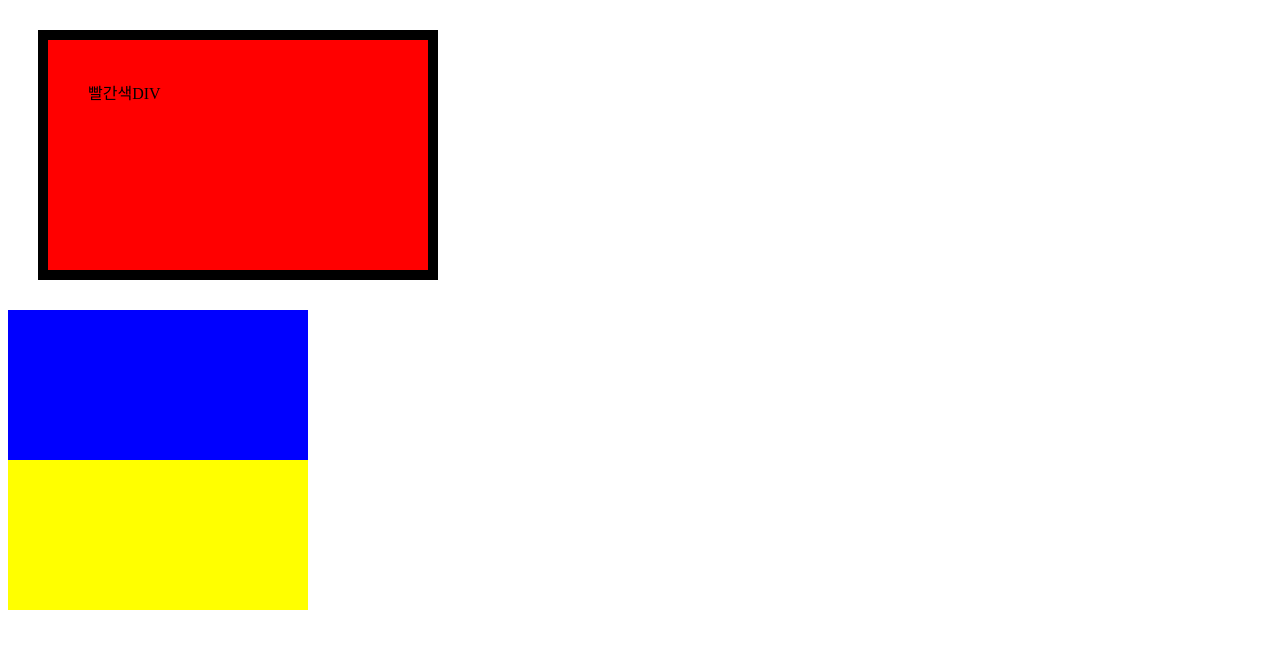
Repository: dron512/jspsogo
Page: http://localhost/ex0316/d.jsp
These files come from the project's save history. The page is drawn as it stood at one moment and after the next save; the edit follows.
The browser window is 1280 px wide. The pictures show the whole page.
The page is served by Tomcat 9. Other server files are loaded and not shown.

Above is the page before, as saved 2022-03-16 07:06:53.

### jsp_work2-1/ex0316/src/main/webapp/d.jsp
<%@ page language="java" contentType="text/html; charset=UTF-8" pageEncoding="UTF-8"%>
<!DOCTYPE html>
<html>
<head>
<meta charset="UTF-8">
<title>Insert title here</title>
<style type="text/css">
	div{ width: 300px; height: 150px; }
	#adiv{
		background-color: red;
		border: black solid 10px;
		margin: 30px;
		padding: 40px;
	 }
	#bdiv{ background-color: blue; }
	#cdiv{ background-color: yellow; }
</style>
</head>
<body>
<!-- 선택자 1.태그 선택자 2.아이디선택자 3. 클래스선택자 -->
<div class="continer">
	<div id="adiv">빨간색DIV</div>
	<div id="bdiv"></div>
	<div id="cdiv"></div>
</div>
</body>
</html>

After the next save:
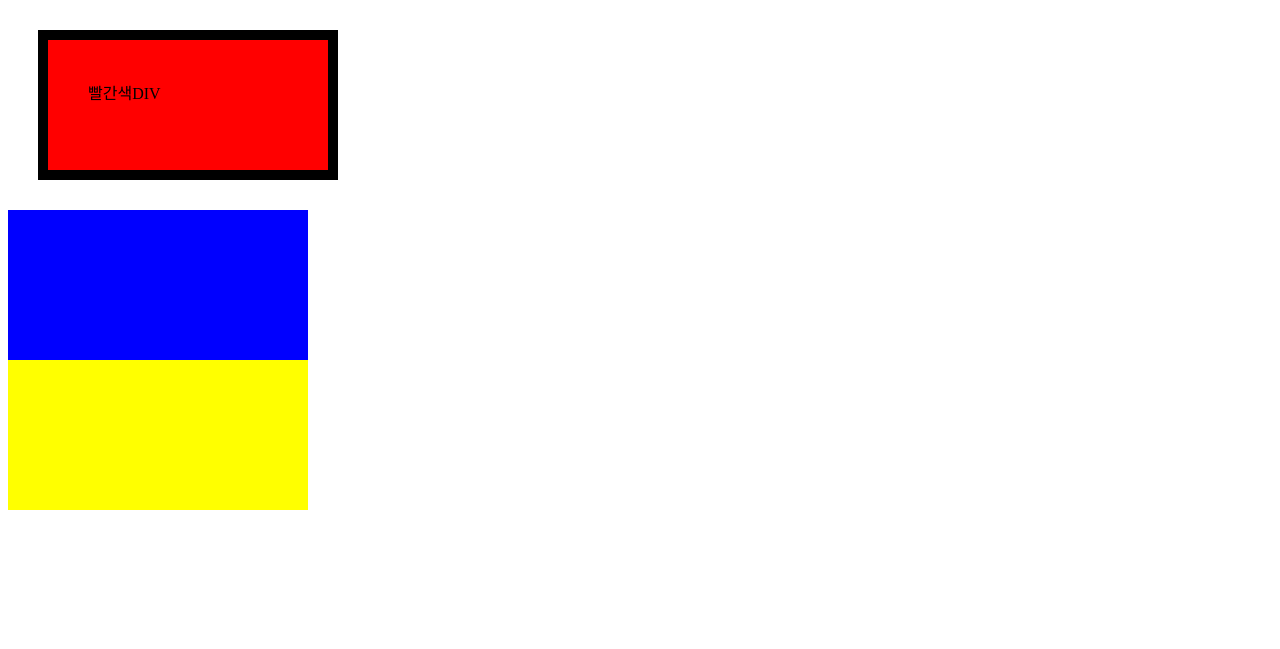
Saved 89 s later.
--- a/jsp_work2-1/ex0316/src/main/webapp/d.jsp
+++ b/jsp_work2-1/ex0316/src/main/webapp/d.jsp
@@ -5,6 +5,7 @@
 <meta charset="UTF-8">
 <title>Insert title here</title>
 <style type="text/css">
+	*{ box-sizing:border-box; }
 	div{ width: 300px; height: 150px; }
 	#adiv{
 		background-color: red;
